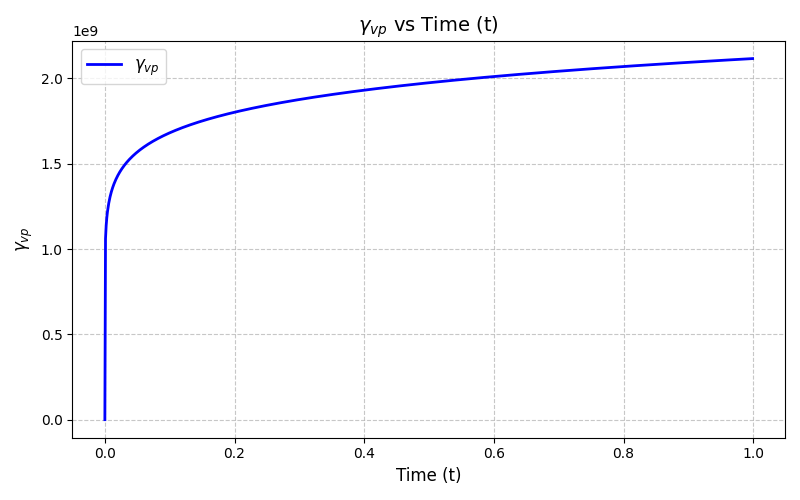
Repository: ajacquey/beaver
Script's output: python examples/viscoelasticity/Lemaitre/Lemaitre_analytical/Lemaitre_analytical.py
An editor plug-in stored every save of this project. The script's output is shown before and after the next save, followed by the edit.
Random numbers start from a fixed seed.

Above is the script's output before, as saved 2025-05-28 18:22:54.

After the next save:
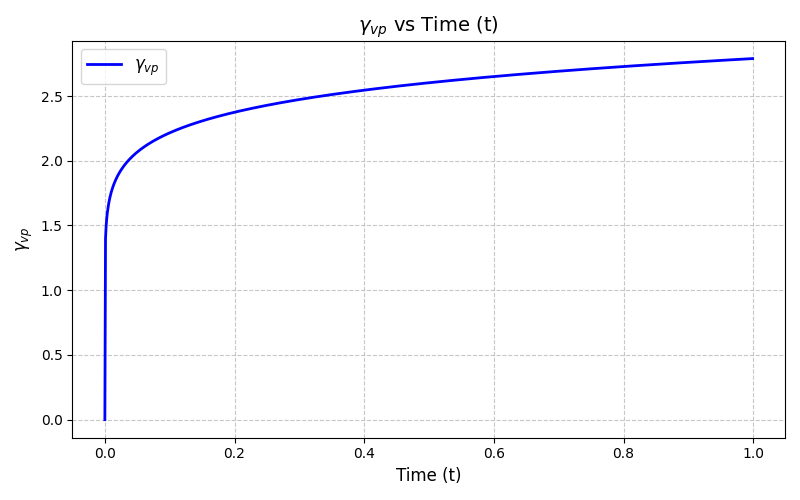
Saved 17 s later.
--- a/examples/viscoelasticity/Lemaitre/Lemaitre_analytical/Lemaitre_analytical.py
+++ b/examples/viscoelasticity/Lemaitre/Lemaitre_analytical/Lemaitre_analytical.py
@@ -2,7 +2,7 @@ import numpy as np
 import matplotlib.pyplot as plt
 import csv
 
-def calculate_gamma_vp(t, A_r=1, T_r=289, T=289, q=2e6, A_2=1, alpha=0.1, beta=1.48):
+def calculate_gamma_vp(t, A_r=1, T_r=289, T=289, q=2, A_2=1, alpha=0.1, beta=1.48):
     """Calculate the analytical solution for gamma_vp"""
     exponent = A_r * ((1 / T_r) - (1 / T))
     numerator = alpha * np.exp(exponent)
